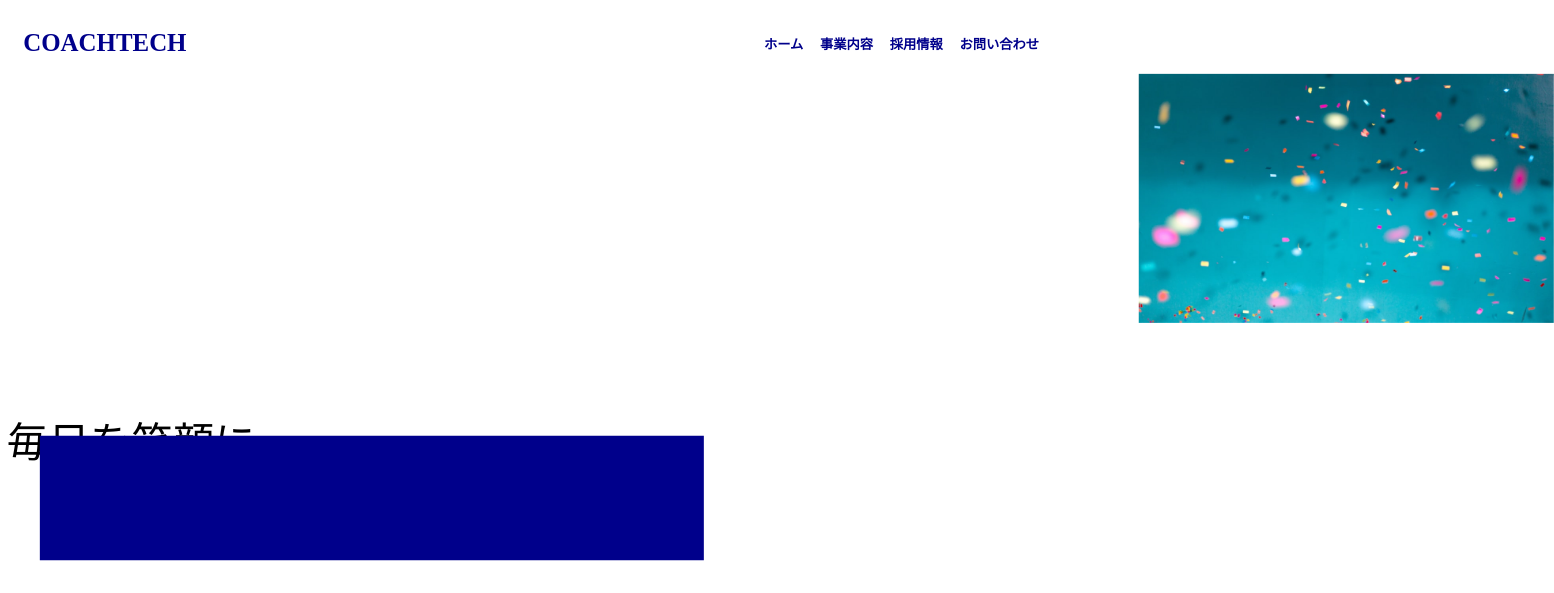
Repository: moro-ayu3/20230213_morohoshi
Page: index.html
These files come from the project's save history. The page is drawn as it stood at one moment and after a run of saves; the edit follows.
The browser window is 1280 px wide. The page is 1872 px wide, so the pictures cover 1872 px, including what lies to the right of the window. The pictures show the whole page, at 83% of full size.

Above is the page before, as saved 2023-02-14 21:30:51.

### index.html
<!DOCTYPE html>
<html lang="ja">

  <head>
    <meta charset="UTF-8" />
    <meta name="viewport" content="width=device-width, initial-scale=1.0" />
    <title>css演習問題</title>
    <link rel="stylesheet" href="./style.css">
  </head>

  <body>
   <div class="homepage">
    <header class="header">
     <h1 class="header-ttl">
     COACHTECH
     </h1>
     <ul class="header-list">
      <li class="header-item">ホーム</li><li class="header-item">事業内容</li><li class="header-item">採用情報</li><li class="header-item">お問い合わせ</li>
     </ul>
    </header>
   <main>
     <div class="relative-img">
      <img src="img/firstview.jpeg" width="500" height="300"alt="firstview">
     </div>
     <div class="flex">
      <p class="main-ttl">毎日を笑顔に</p>
      <div class="absolute-blue-box"></div>
     </div>
    </main>
   </div>
  </body>

</html>

### style.css
.homepage {
  width: 100%;
}

.header {
  display: flex;
  justify-content: space-between;
  align-items: center;
  margin-top: 15px;
  color: #00008b;
}

.header-ttl {
  font-size: 30px;
  margin-left: 20px;
}

.header-list {
  display: flex;
  font-weight: bold;
  list-style: none;
}

.header-item {
  margin-right: 20px;
}

.relative-img {
  margin-top: 50px;
  position: relative;
  bottom: 50px;
  left: 600px;
  text-align: right;
  z-index: 10;
}

.img {
  width: 100%;
  height: auto;
}


.flex {
  display: flex;
  flex-direction: column;
}

.main-ttl {
  color: black;
  font-size: 50px;
  text-align: justify;
}

.absolute-blue-box {
  width: 800px;
  height: 150px;
  margin-bottom: 15px;
  margin-left: 40px;
  position: absolute;
  bottom: 30px;
  left:
  z-index: 0;
  background-color: #00008b;
}

After the next 4 saves:
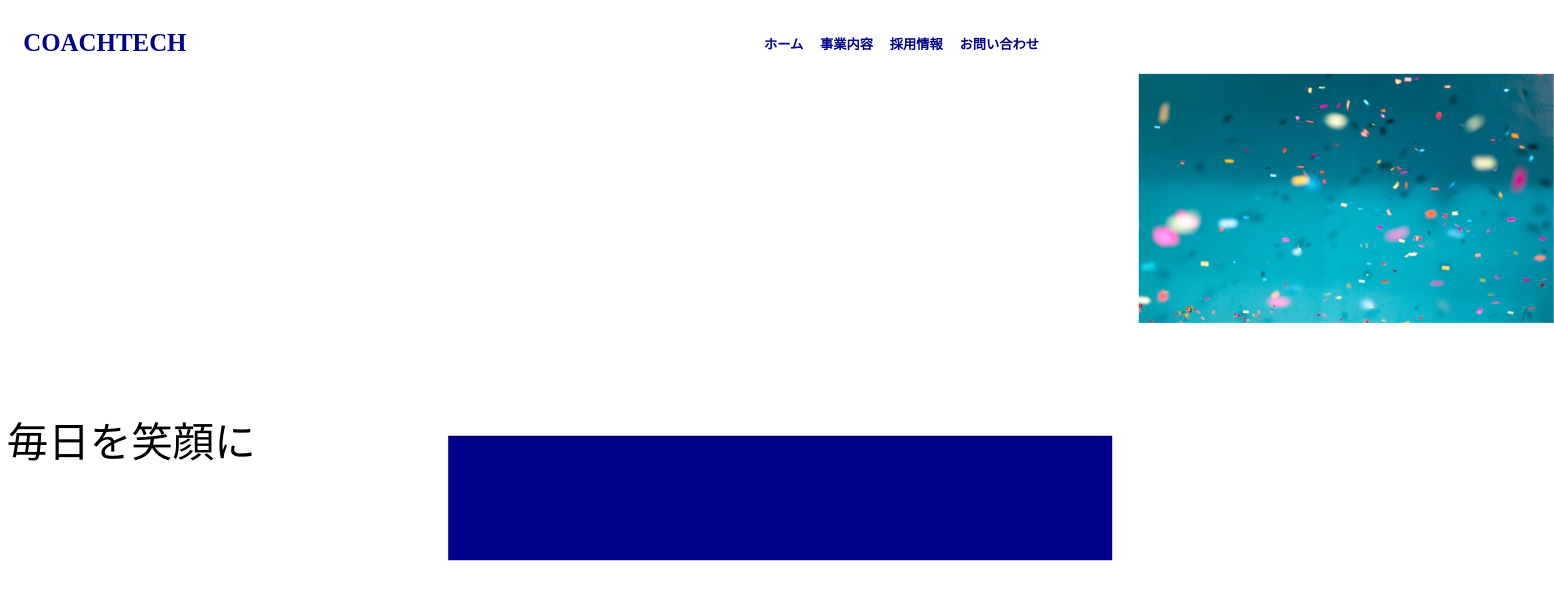
The 4 saves are shown as one change because they came seconds apart.
The last was saved 11 s later.
--- a/style.css
+++ b/style.css
@@ -58,7 +58,7 @@
   margin-left: 40px;
   position: absolute;
   bottom: 30px;
-  left:
+  left: 500px;
   z-index: 0;
   background-color: #00008b;
 }
